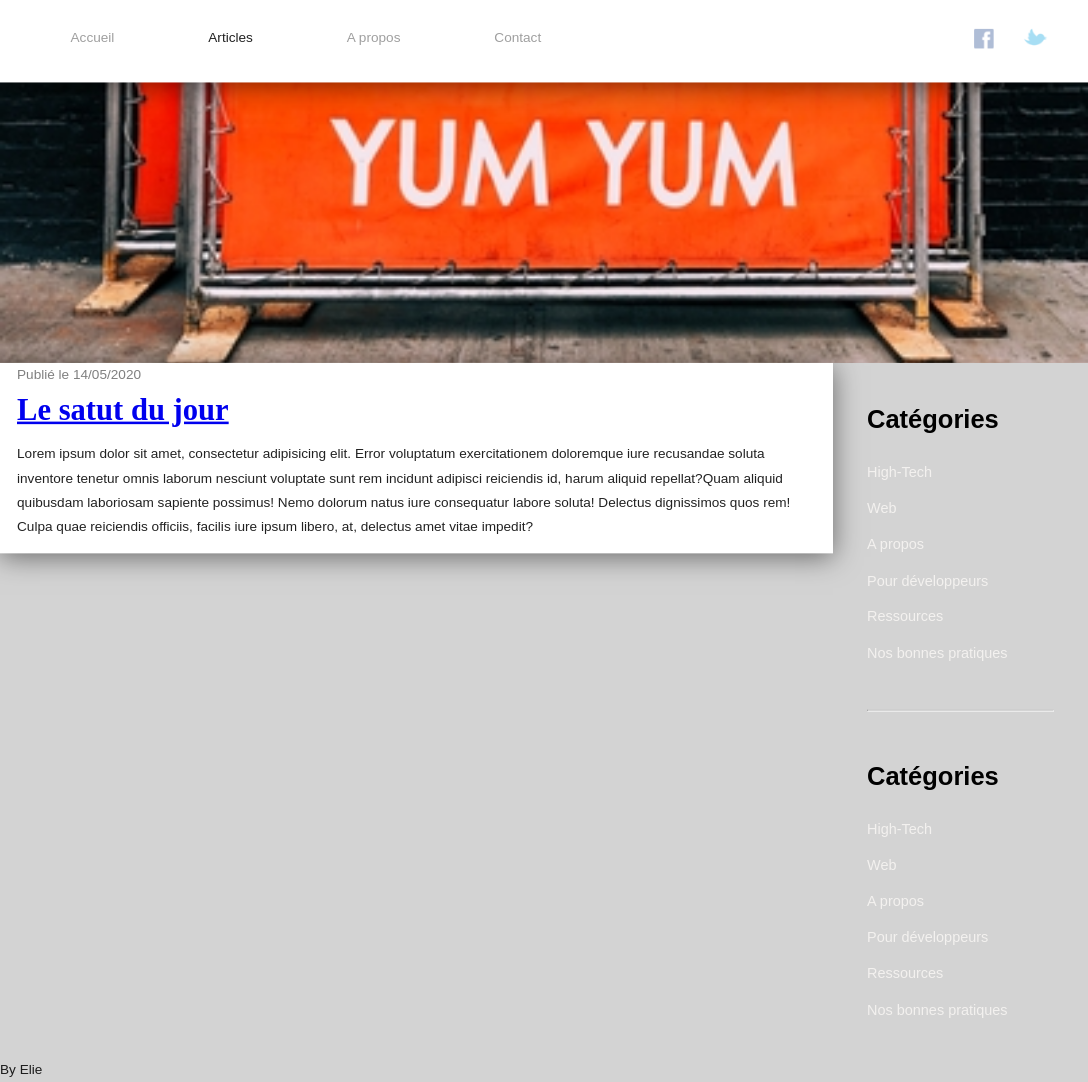
Repository: Elie-Dey/blog-train
Page: article.html
An editor plug-in stored every save of this project. The page is shown before and after the next save, followed by the edit.
The browser window is 1280 px wide. The pictures show the whole page, at 85% of full size.

Above is the page before, as saved 2020-06-17 03:46:42.

### article.html
<!DOCTYPE html>
<html lang="en">
<head>
    <meta charset="UTF-8">
    <meta name="viewport" content="width=device-width, initial-scale=1.0">
    <link rel="stylesheet" href="style.css">
    <title>Mon blog</title>
</head>
<body>
    <header class="topbar">
        <nav>
            <a href="index.html">Accueil</a>
            <a href="articles.html" class="active"> Articles</a>
            <a href="about.html">A propos</a>
            <a href="apropos.html">Contact</a>
        </nav>
        <div class="social">
            <a href="#"> <img src="images/fb.png" alt="Facebook"></a>
            <a href="#"> <img src="images/twitter.png" alt="Twitter"></a>
        </div>
    </header>
    <div class="banniere"></div>
    <main class="main">
       <div class="container">

             <div class="article-date">Publié le 14/05/2020</div>
             <h2 class="article-title">  <a href="#">    Le satut du jour</a>  </h2>
             <p>
                 Lorem ipsum dolor sit amet, consectetur adipisicing elit. Error voluptatum exercitationem doloremque iure recusandae soluta inventore tenetur omnis laborum nesciunt voluptate sunt rem incidunt adipisci reiciendis id, harum aliquid repellat?Quam aliquid quibusdam laboriosam sapiente possimus! Nemo dolorum natus iure consequatur labore soluta!
                 Delectus dignissimos quos rem! Culpa quae reiciendis officiis, facilis iure ipsum libero, at, delectus amet vitae impedit?
             </p>
         </article>


       </div>
    </main>
    <aside class="sidebar">
        <h4 class="sidebar-title">Catégories</h4>
        <ul>
            <li><a href="#">High-Tech</a></li>
            <li><a href="#">Web</a></li>
            <li><a href="#">A propos</a></li>
            <li><a href="#">Pour développeurs </a></li>
            <li><a href="#">Ressources</a></li>
            <li><a href="#">Nos bonnes pratiques</a></li>
        </ul>
        <hr>
        <h4 class="sidebar-title">Catégories</h4>
        <ul>
            <li><a href="#">High-Tech</a></li>
            <li><a href="#">Web</a></li>
            <li><a href="#">A propos</a></li>
            <li><a href="#">Pour développeurs</a></li>
            <li><a href="#">Ressources</a></li>
            <li><a href="#">Nos bonnes pratiques</a></li>
        </ul>


    </aside>
    <footer class="footer">
        By Elie
    </footer>
</body>
</html>

### style.css
*{
    box-sizing: border-box;
}
body, html
{
    margin: 0;
    font-size: 16px;
    font-family: sans-serif;
    color: rgba(0, 0, 0, .87);
    line-height: 1.8;
    font-weight: 500;
    background:lightgray;
}
.topbar{

    position: fixed;
    top: 0;
    right: 0;
    left: 0;
    width: 100%;
    background-color: white;
    padding: 30px ;
    z-index: 3;
    box-shadow: 0 4px 30px rgba(0, 0, 0, .5);
}
.topbar nav{
    float: left;

}
.topbar nav a {
    color: #9f9f9f;
    text-decoration: none;
    font-weight: 500;
    padding: 0 53px;
}

.topbar nav a:hover , .topbar nav a.active{
    color:  rgba(0, 0, 0, .87);
}

 .social {
    float: right;
}

.social a
{
    padding: 0 12px;
    opacity: .4;
}
.social a:hover
{
    opacity: 1;
}

.banniere {
    height: 427px;
    background: no-repeat center center / cover url("images/banniere.jpg") ;

}
.main
{
    float:left;
    width: calc(100% - 300px);
    background: white;
    box-shadow: 0 4px 30px rgba(0, 0, 0, .5);
    position: relative;
    z-index: 2;


}
.sidebar
{
    float: right;
    /* background:lightgray; */
    width: 300px;
    padding: 40px;
    font-size: 17px;
    position: relative;
    z-index: 1;
}
.sidebar-title
{
    font-size: 30px;
    color: black;
    margin: 20px 0;
}
.sidebar a
{
    text-decoration: none;
    color: rgb(243, 241, 239);
}
.sidebar ul
{
    margin: 0;
    padding: 0;
    list-style: none;

}
.sidebar li
{
    padding: 6px 0;
}
.sidebar li:first-child
{
    padding-top: 0;
}

.sidebar li:last-child
{
    padding-bottom: 0;
}
.sidebar a:hover
{
    text-decoration: underline;
}

.sidebar hr
{
    border-color:none;
    background: white;
    height: 1px;
    margin: 50px 0;


}

.sidebar-title:first-child
{
    margin-top: 0;
}


.article
{
    position: relative;
    overflow: hidden;
    margin: 50px 0;
    padding-left: 225px;
    min-height: 225px;
    max-width: 940;
}
.container
{
    max-width: 940px;
    margin: 0 auto;
}
.article a
{
    color: inherit;
    text-decoration: none;
}
.article a:hover
{
    text-decoration: underline;
}
.article-img
{
    position: absolute;
    left: 0;
    top: 0;
    width: 200px;
    margin-right: 25px;
}
.article-title
 {
    font-size: 2.25rem;
    line-height: 1.2;
    font-family: "Cardo", serif;
    margin: 0 0 15px 0;
 }
.article-date
{
    font-weight: 300;
    color: rgba(0, 0, 0, .5);
    margin-bottom: 5px;
}
.article-img img
{
    width: 100%;
    height: auto;
}
.footer
{
    clear: both;
}

After the next save:
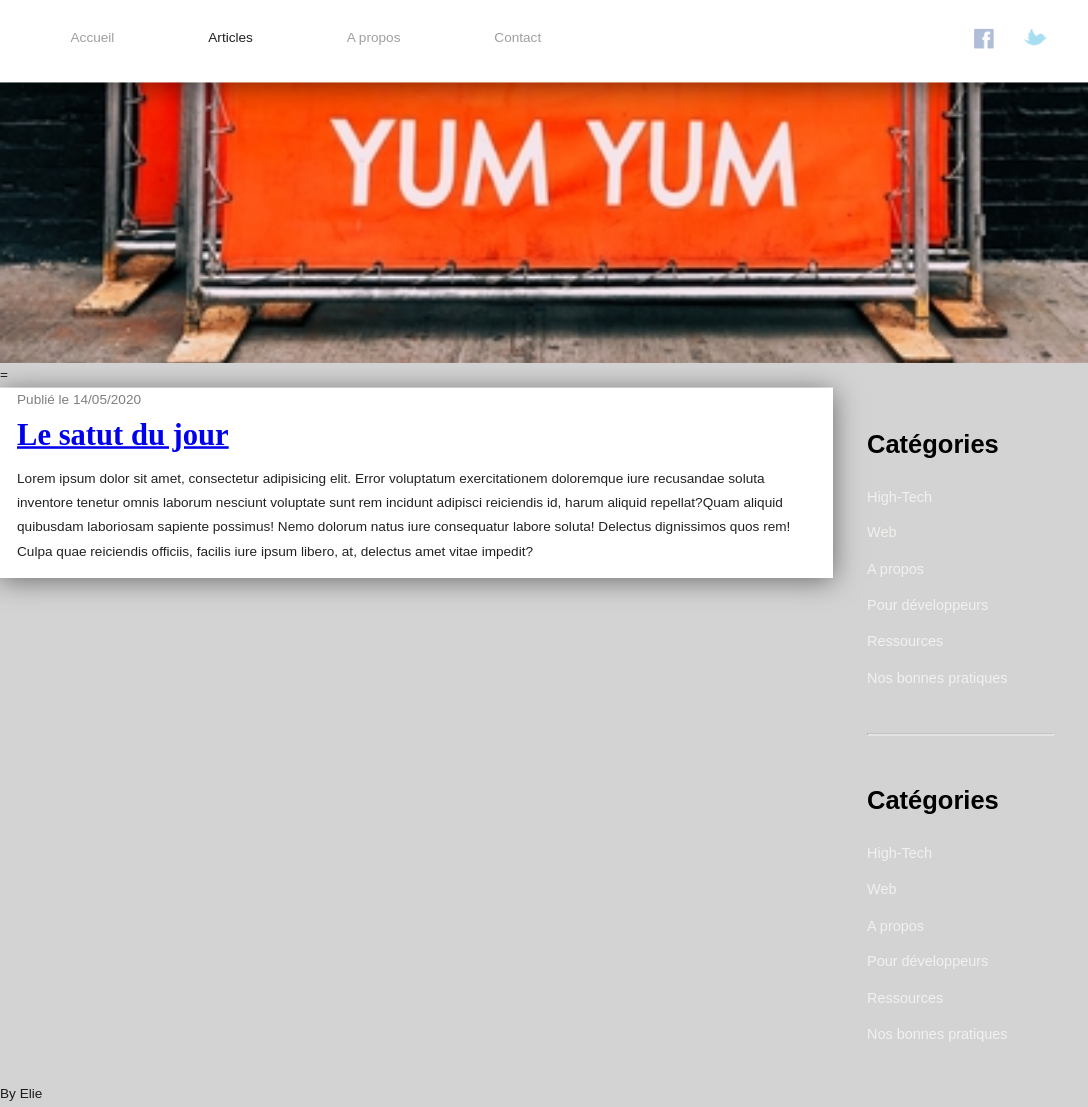
Saved 94 s later.
--- a/article.html
+++ b/article.html
@@ -20,20 +20,22 @@
         </div>
     </header>
     <div class="banniere"></div>
+   =<div class="body">
     <main class="main">
-       <div class="container">
+        <div class="container">
 
-             <div class="article-date">Publié le 14/05/2020</div>
-             <h2 class="article-title">  <a href="#">    Le satut du jour</a>  </h2>
-             <p>
-                 Lorem ipsum dolor sit amet, consectetur adipisicing elit. Error voluptatum exercitationem doloremque iure recusandae soluta inventore tenetur omnis laborum nesciunt voluptate sunt rem incidunt adipisci reiciendis id, harum aliquid repellat?Quam aliquid quibusdam laboriosam sapiente possimus! Nemo dolorum natus iure consequatur labore soluta!
-                 Delectus dignissimos quos rem! Culpa quae reiciendis officiis, facilis iure ipsum libero, at, delectus amet vitae impedit?
-             </p>
-         </article>
+              <div class="article-date">Publié le 14/05/2020</div>
+              <h2 class="article-title">  <a href="#">    Le satut du jour</a>  </h2>
+              <p>
+                  Lorem ipsum dolor sit amet, consectetur adipisicing elit. Error voluptatum exercitationem doloremque iure recusandae soluta inventore tenetur omnis laborum nesciunt voluptate sunt rem incidunt adipisci reiciendis id, harum aliquid repellat?Quam aliquid quibusdam laboriosam sapiente possimus! Nemo dolorum natus iure consequatur labore soluta!
+                  Delectus dignissimos quos rem! Culpa quae reiciendis officiis, facilis iure ipsum libero, at, delectus amet vitae impedit?
+              </p>
+          </article>
 
 
-       </div>
-    </main>
+        </div>
+     </main>
+   </div>
     <aside class="sidebar">
         <h4 class="sidebar-title">Catégories</h4>
         <ul>
